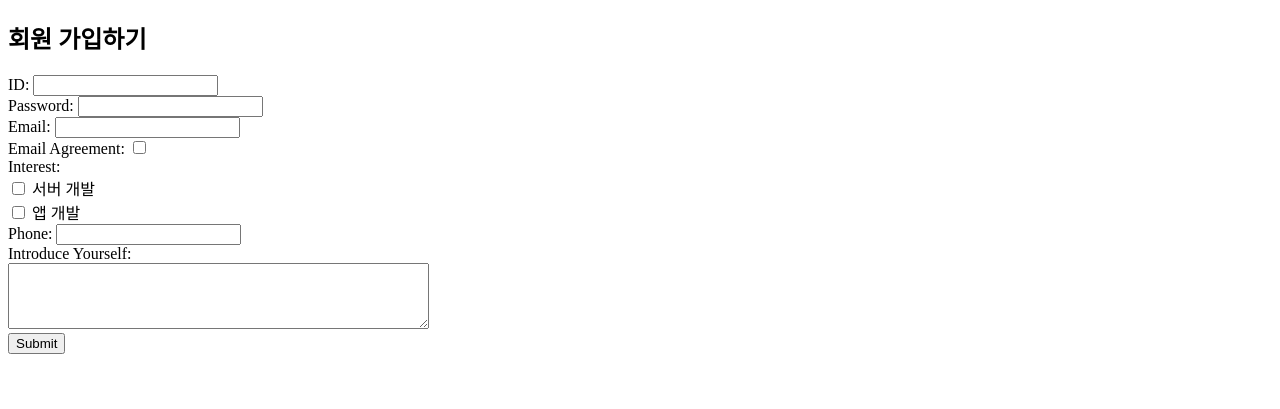
Repository: dnwpdud/WEB_CODES
Page: http://localhost/Web06_JSP_Servlet/ch21/register.jsp
An editor plug-in stored every save of this project. The page is shown before and after the next save, followed by the edit.
The browser window is 1280 px wide. The pictures show the whole page.
The page is served by Tomcat 9. Other server files are loaded and not shown.

Above is the page before, as saved 2024-04-03 05:02:00.

### Web06_JSP_Servlet/src/main/webapp/ch21/register.jsp
<%@ page language="java" contentType="text/html; charset=UTF-8"
    pageEncoding="UTF-8"%>
<!DOCTYPE html>
<html>
<head>
<meta charset="UTF-8">
<title>회원 가입</title>
</head>
<body>
	<h2>회원 가입하기</h2>
	<form action="../register.do" method="post">

	<label for="userid">ID:</label>
    <input type="text" id="userid" name="userid" required><br>

    <label for="password">Password:</label>
    <input type="password" id="password" name="password" required><br>

    <label for="email">Email:</label>
    <input type="email" id="email" name="email" required><br>

    <label for="emailAgree">Email Agreement:</label>
    <input type="checkbox" id="emailAgree" name="emailAgree" value="agree"><br>

    <label for="interest">Interest:</label><br>
    <input type="checkbox" id="interest1" name="interest" value="서버개발">
    <label for="interest1">서버 개발</label><br>
    <input type="checkbox" id="interest2" name="interest" value="앱 개발">
    <label for="interest2">앱 개발</label><br>

    <!-- Add more interest checkboxes as needed -->

    <label for="phone">Phone:</label>
    <input type="tel" id="phone" name="phone"><br>

    <label for="introduce">Introduce Yourself:</label><br>
    <textarea id="introduce" name="introduce" rows="4" cols="50"></textarea><br>

    <input type="submit" value="Submit">

	</form>



</body>
</html>

After the next save:
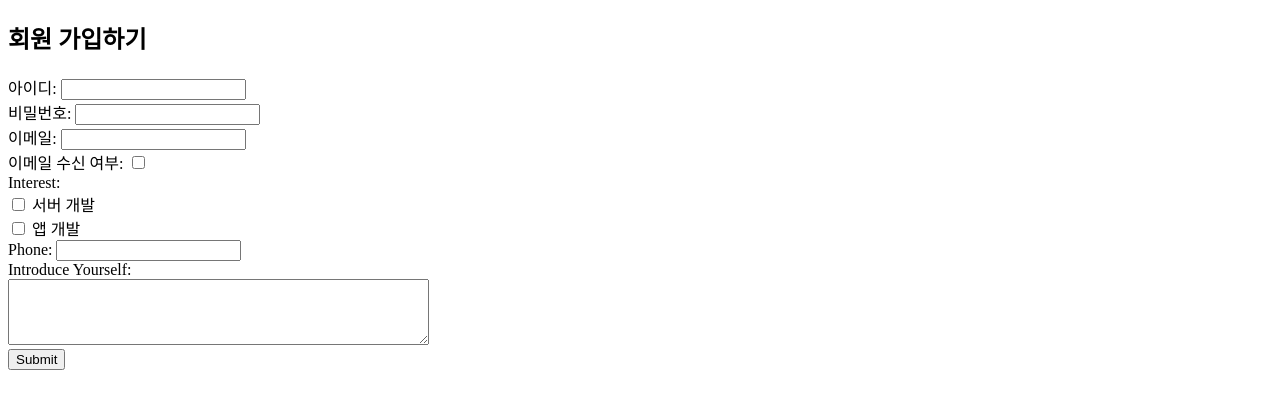
Saved 19 s later.
--- a/Web06_JSP_Servlet/src/main/webapp/ch21/register.jsp
+++ b/Web06_JSP_Servlet/src/main/webapp/ch21/register.jsp
@@ -10,16 +10,16 @@
 	<h2>회원 가입하기</h2>
 	<form action="../register.do" method="post">
 
-	<label for="userid">ID:</label>
+	<label for="userid">아이디:</label>
     <input type="text" id="userid" name="userid" required><br>
 
-    <label for="password">Password:</label>
+    <label for="password">비밀번호:</label>
     <input type="password" id="password" name="password" required><br>
 
-    <label for="email">Email:</label>
+    <label for="email">이메일:</label>
     <input type="email" id="email" name="email" required><br>
 
-    <label for="emailAgree">Email Agreement:</label>
+    <label for="emailAgree">이메일 수신 여부:</label>
     <input type="checkbox" id="emailAgree" name="emailAgree" value="agree"><br>
 
     <label for="interest">Interest:</label><br>
